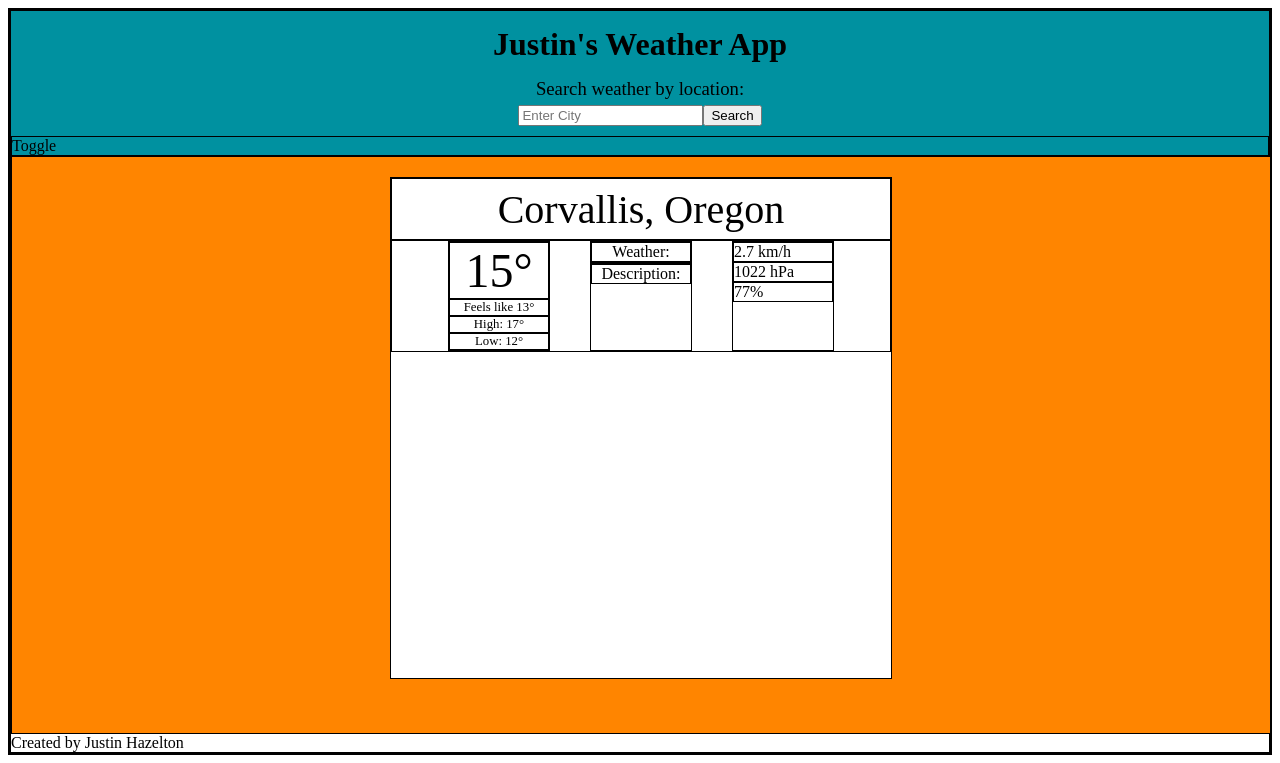
Repository: J-Haze/Weather
Page: /
The author's editor kept a copy of each file at every save. The page is drawn from the files as they stood at one save, then again after the next save.
The browser window is 1280 px wide. The pictures show the whole page.
The project was rebuilt for these pictures with package versions that can differ from the ones it lists, and the page was loaded fresh each time. Also part of the build but not shown: src/index.css.

Above is the page before, as saved 2020-09-06 20:40:08.

After the next save:
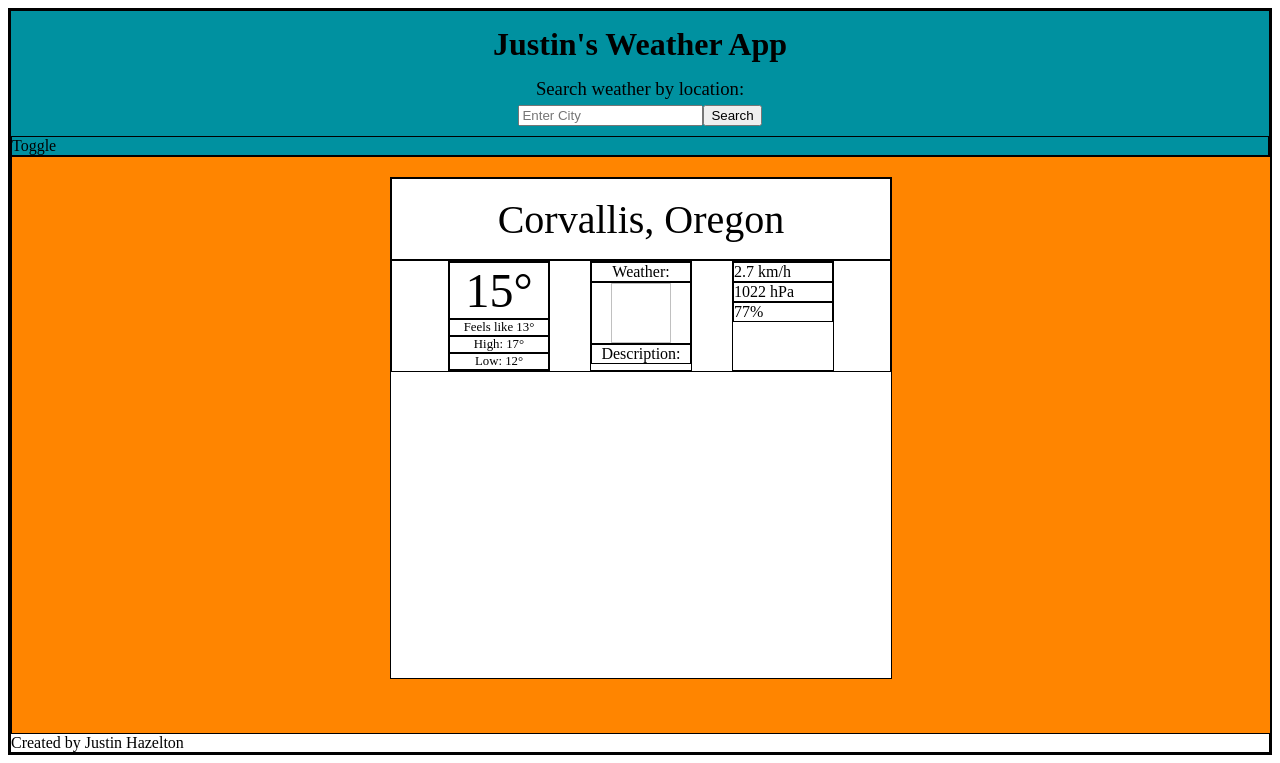
Saved 95 s later.
--- a/src/App.css
+++ b/src/App.css
@@ -110,7 +110,7 @@ header{
     margin-right: auto;
     justify-content: center;
      align-items: center;
-     height: 60px;
+     height: 80px;
      font-size: 2.5em;
 }
 
@@ -153,3 +153,20 @@ header{
     justify-content: center;
     align-items: center;
 }
+
+.weather{
+    margin-top: 0px;
+    margin-bottom: auto;
+}
+
+.icon{
+    height: 60px;
+    width: 60px;
+    margin-top: auto;
+    margin-bottom: auto;
+}
+
+.description{
+    margin-top: auto;
+    margin-bottom: 0px;
+}
